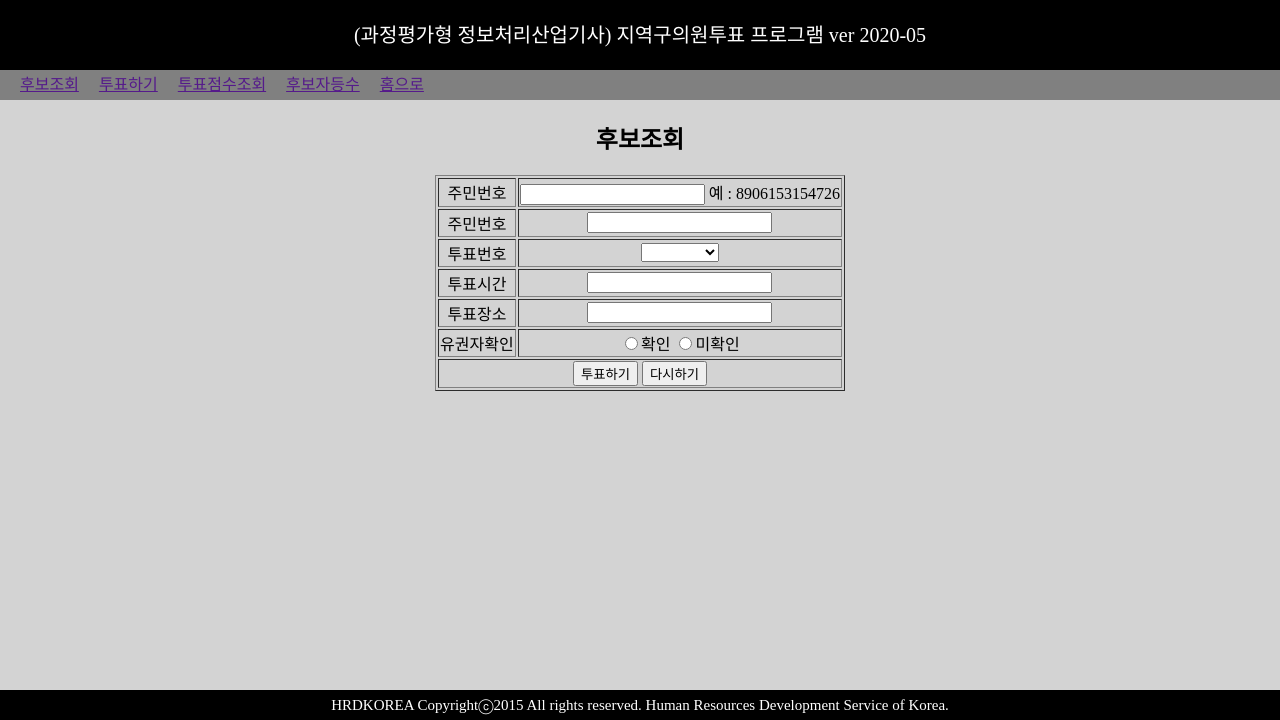
Repository: alsco727/JSP
Page: http://localhost/HRD_2207/vote.jsp
The author's editor kept a copy of each file at every save. The page is drawn from the files as they stood at one save, then again after the next save.
The browser window is 1280 px wide. The pictures show the whole page.
The page is served by Tomcat 9. Other server files are loaded and not shown.

Above is the page before, as saved 2022-08-29 10:41:28.

### information_Processing/JSP과제4/HRD_2207/src/main/webapp/vote.jsp
<%@ page language="java" contentType="text/html; charset=UTF-8"
    pageEncoding="UTF-8"%>
<!DOCTYPE html>
<html>
<head>
<meta charset="UTF-8">
<title>vote</title>
</head>
<body>
<jsp:include page="header.jsp"></jsp:include>
<section style="position:fixed; top:100px; left:0px; width:100%; height:100%; background-color:lightgray">
<h2 style="text-align:center"><b>후보조회</b></h2>
<form style="display:flex; align-items:center; justify-content:center; text-align:center">
<table border="1">
<tr>
	<td>주민번호</td>
	<td><input type="text" name="v_jumin"> 예 : 8906153154726</td>
</tr>
<tr>
	<td>주민번호</td>
	<td><input type="text" name="v_name"></td>
</tr>
<tr>
	<td>투표번호</td>
	<td>
	<select>
		<option value=""></option>
		<option value="1">[1] 김후보</option>
		<option value="2">[2] 이후보</option>
		<option value="3">[3] 박후보</option>
		<option value="4">[4] 조후보</option>
		<option value="5">[5] 최후보</option>
	</select>
	</td>
</tr>
<tr>
	<td>투표시간</td>
	<td><input type="text" name="v_time"></td>
</tr>
<tr>
	<td>투표장소</td>
	<td><input type="text" name="v_area"></td>
</tr>
<tr>
	<td>유권자확인</td>
	<td><input type="radio">확인 <input type="radio">미확인</td>
</tr>
<tr>
	<td colspan="2">
	<input type="button" value="투표하기">
	<input type="button" value="다시하기">
</tr>
</table>
</form>
</section>
<jsp:include page="footer.jsp"></jsp:include>
</body>
</html>

### information_Processing/JSP과제4/HRD_2207/src/main/webapp/header.jsp
<%@ page language="java" contentType="text/html; charset=UTF-8"
    pageEncoding="UTF-8"%>
<!DOCTYPE html>
<html>
<head>
<meta charset="UTF-8">
<title>header</title>
</head>
<body>
<header style="position:fixed; top:0px; left:0px; width:100%; height:70px; line-height:70px; text-align:center; background-color:black; color:white; font-size:20px">(과정평가형 정보처리산업기사) 지역구의원투표 프로그램 ver 2020-05</header>

<nav style="position:fixed; top:70px; left:0px; width:100%; height:30px; line-height:30px; background-color:gray; color:white; padding-left:20px">
<a href="">후보조회</a> &nbsp; &nbsp;
<a href="">투표하기</a> &nbsp; &nbsp;
<a href="">투표점수조회</a> &nbsp; &nbsp;
<a href="">후보자등수</a> &nbsp; &nbsp;
<a href="">홈으로</a> &nbsp; &nbsp;
</nav>
</body>
</html>

### information_Processing/JSP과제4/HRD_2207/src/main/webapp/footer.jsp
<%@ page language="java" contentType="text/html; charset=UTF-8"
    pageEncoding="UTF-8"%>
<!DOCTYPE html>
<html>
<head>
<meta charset="UTF-8">
<title>footer</title>
</head>
<body>
<footer style="position:fixed; bottom:0px; left:0px; width:100%; height:30px; line-height:30px; text-align:center; background-color:black; color:white; font-size:15px">HRDKOREA Copyrightⓒ2015 All rights reserved. Human Resources Development Service of Korea.</footer>
</body>
</html>

After the next save:
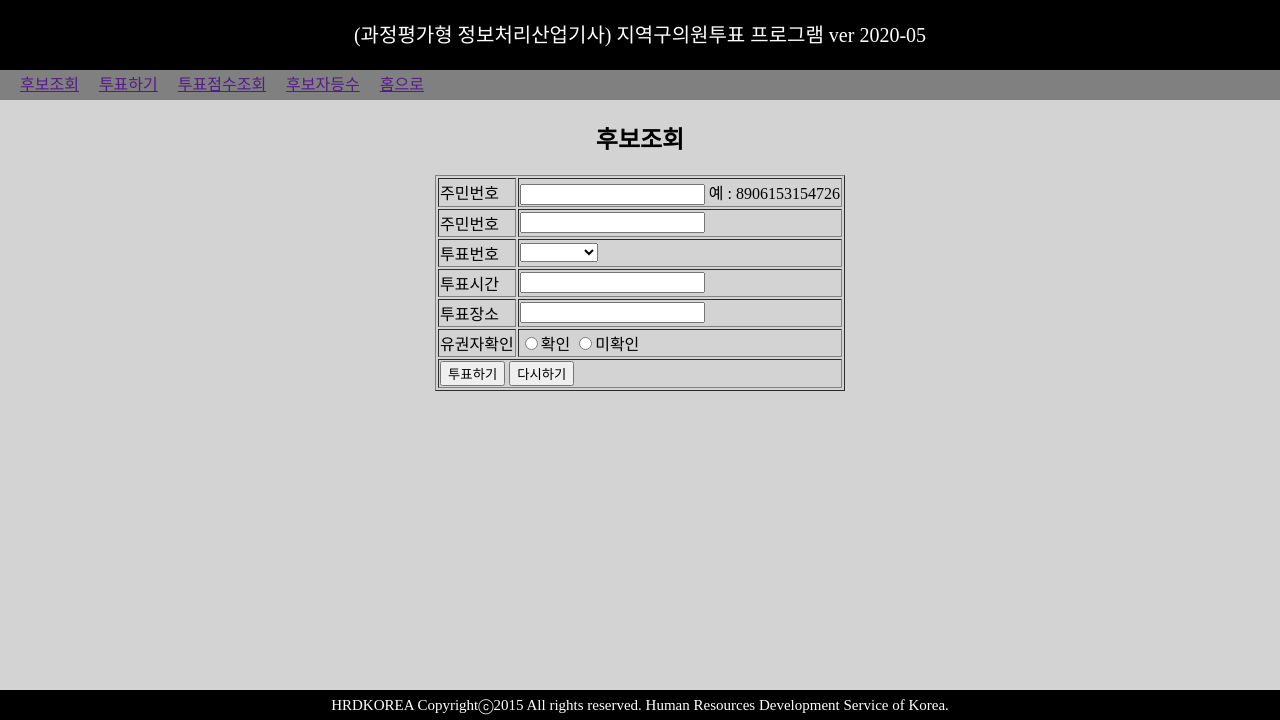
Saved 33 s later.
--- a/information_Processing/JSP과제4/HRD_2207/src/main/webapp/vote.jsp
+++ b/information_Processing/JSP과제4/HRD_2207/src/main/webapp/vote.jsp
@@ -10,7 +10,7 @@
 <jsp:include page="header.jsp"></jsp:include>
 <section style="position:fixed; top:100px; left:0px; width:100%; height:100%; background-color:lightgray">
 <h2 style="text-align:center"><b>후보조회</b></h2>
-<form style="display:flex; align-items:center; justify-content:center; text-align:center">
+<form style="display:flex; align-items:center; justify-content:center;">
 <table border="1">
 <tr>
 	<td>주민번호</td>
